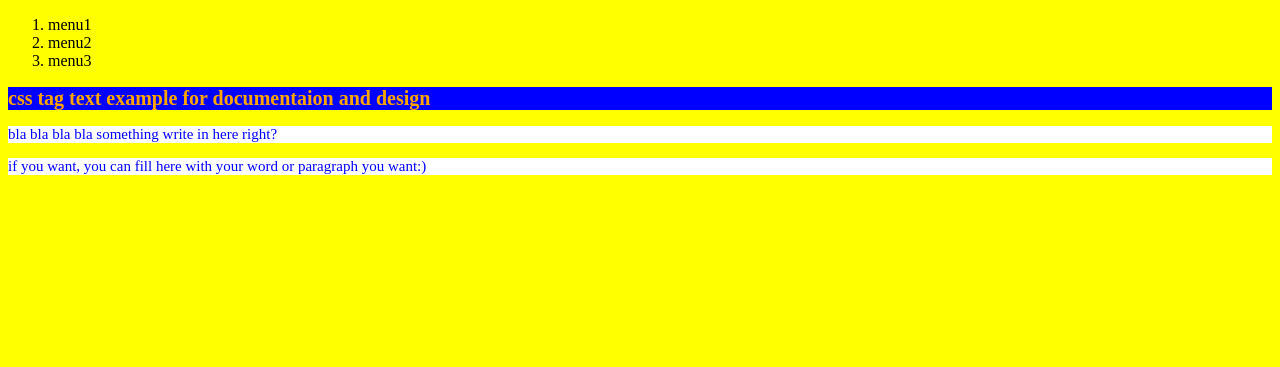
Repository: LucestDail/WebEclipse-Workspace
Page: htmlProject/WebContent/cssEx1.html
The author's editor kept a copy of each file at every save. The page is drawn from the files as they stood at one save, then again after the next save.
The browser window is 1280 px wide. The pictures show the whole page.

Above is the page before, as saved 2020-11-06 04:36:19.

### htmlProject/WebContent/cssEx1.html
<!DOCTYPE html>
<html>
<head>
<meta charset="UTF-8">
<title>css selector example</title>
<style type = "text/css">
*{
	background-color :yellow;
}
li{
	list-style-type: decimal;
}
h2{
	font-size: 20px;
	color:orange;
	background-color: blue;
}
p{
	font-size:15px;
	color:blue;
	background-color: white;
}
</style>
</head>
<body>
<ul>
	<li>menu1</li>
	<li>menu2</li>
	<li>menu3</li>
</ul>
<h2> css tag text example for documentaion and design</h2>
<p> bla bla bla bla something write in here right?</p>
<p> if you want, you can fill here with your word or paragraph you want:)</p>
</body>
</html>

After the next save:
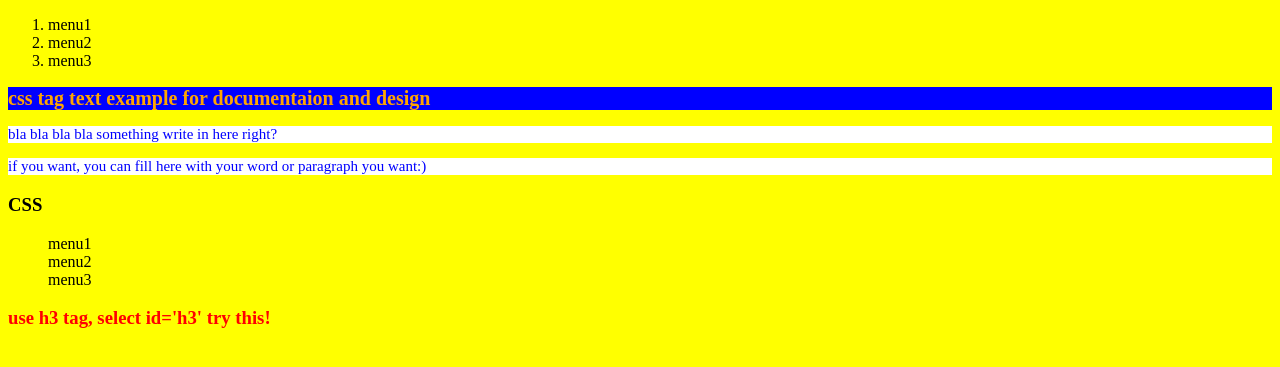
Saved 7 min 0 s later.
--- a/htmlProject/WebContent/cssEx1.html
+++ b/htmlProject/WebContent/cssEx1.html
@@ -20,6 +20,12 @@ p{
 	color:blue;
 	background-color: white;
 }
+.li{
+	list-style-type : none;
+}
+#h3{
+color:red;
+}
 </style>
 </head>
 <body>
@@ -31,5 +37,12 @@ p{
 <h2> css tag text example for documentaion and design</h2>
 <p> bla bla bla bla something write in here right?</p>
 <p> if you want, you can fill here with your word or paragraph you want:)</p>
+<h3> CSS</h3>
+<ul class = "li">
+	<li class = "li">menu1</li>
+	<li class = "li">menu2</li>
+	<li class = "li">menu3</li>
+</ul>
+<h3 id = "h3"> use h3 tag, select id='h3' try this!</h3>
 </body>
 </html>
